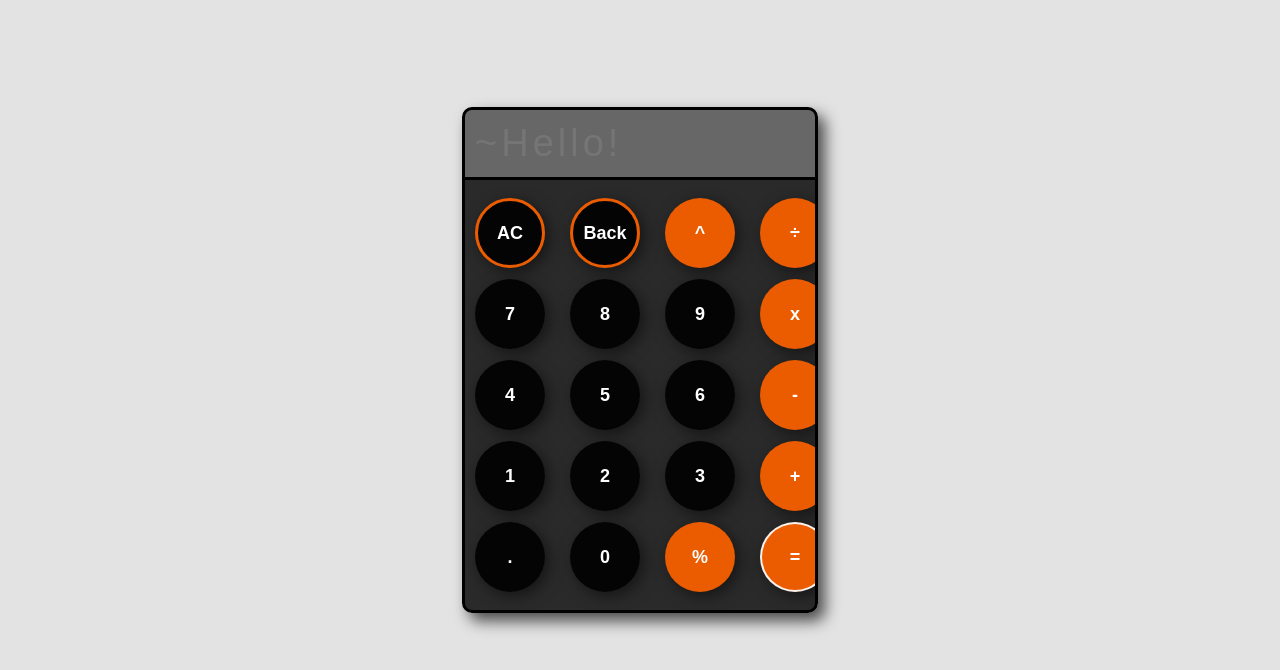
Repository: SakthivelDurai47/calculator
Page: index.html
An editor plug-in stored every save of this project. The page is shown before and after the next save, followed by the edit.
The browser window is 1280 px wide. The pictures show the whole page.

Above is the page before, as saved 2025-04-13 17:07:16.

### index.html
<!DOCTYPE html>
<html lang="en">
  <head>
    <meta charset="UTF-8" />
    <meta name="viewport" content="width=device-width, initial-scale=1.0" />
    <title>Calculator</title>
    <link rel="stylesheet" href="styles.css" />
    <meta name="author" content="Sakthivel Durai S" />
  </head>
  <body>
    <audio id="clickSound" src="tap.mp3" preload="auto"></audio>
    <div id="calculator">
      <input id="display" readonly placeholder="~Hello!" />
      <div id="buttons">
        <button onclick="clearDisplay()" class="control">AC</button>
        <button onclick="removeFromDisplay()" class="control">Back</button>
        <button onclick="addToDisplay('**')" class="operator">^</button>
        <button onclick="addToDisplay('/')" class="operator">÷</button>
        <button onclick="addToDisplay('7')">7</button>
        <button onclick="addToDisplay('8')">8</button>
        <button onclick="addToDisplay('9')">9</button>
        <button onclick="addToDisplay('*')" class="operator">x</button>
        <button onclick="addToDisplay('4')">4</button>
        <button onclick="addToDisplay('5')">5</button>
        <button onclick="addToDisplay('6')">6</button>
        <button onclick="addToDisplay('-')" class="operator">-</button>
        <button onclick="addToDisplay('1')">1</button>
        <button onclick="addToDisplay('2')">2</button>
        <button onclick="addToDisplay('3')">3</button>
        <button onclick="addToDisplay('+')" class="operator">+</button>
        <button onclick="addToDisplay('.')">.</button>
        <button onclick="addToDisplay('0')">0</button>
        <button onclick="addToDisplay('%')" class="operator">%</button>
        <button onclick="calculate()" class="operator result">=</button>
      </div>
    </div>
    <script src="index.js"></script>
  </body>
</html>

### styles.css
body {
  margin: 0;
  display: flex;
  justify-content: center;
  align-items: center;
  height: 100vh;
  background-color: rgb(227, 227, 227);
}
#buttons {
  display: grid;
  grid-template-columns: repeat(4, 1fr);
  gap: 5px;
  align-items: center;
  justify-items: center;
}
button {
  width: 70px;
  height: 70px;
  border-radius: 35px;
  border: none;
  background-color: rgba(0, 0, 0, 0.9);
  color: white;
  font-size: large;
  font-weight: bold;
  margin: 3px;
  margin-left: 10px;
  margin-right: 10px;
  box-shadow: 4px 4px 15px rgba(0, 0, 0, 0.5);
  cursor: pointer;
}
button:hover {
  background-color: rgba(255, 255, 255, 0.3);
}
button:active {
  background-color: rgba(255, 255, 255, 0.1);
}
.control {
  border: 3px solid #eb5b00;
}
.operator {
  background-color: #eb5b00;
}
.operator:hover {
  background-color: rgba(235, 91, 0, 0.3);
}
.operator:active {
  background-color: rgba(235, 91, 0, 0.1);
}
#calculator {
  width: 350px;
  height: auto;
  background-color: rgba(0, 0, 0, 0.817);
  border-radius: 10px;
  box-shadow: 7px 8px 15px rgba(0, 0, 0, 0.678);
  overflow: hidden;
  padding-bottom: 15px;
  border: 3px solid black;
}
#display {
  width: 100%;
  height: 70px;
  margin-bottom: 15px;
  border: none;
  background-color: rgba(137, 137, 137, 0.642);
  color: rgb(13, 13, 15);
  font-size: 38px;
  letter-spacing: 4px;
  padding: 10px;
  border-bottom: 3px solid black;
  box-sizing: border-box;
}

.result {
  border: 2px solid rgba(255, 255, 255, 0.92);
}

### index.js
const display = document.getElementById("display");
let preValue = [""];
let errors = false;

function addToDisplay(input) {
  playClickSound();
  if (!errors) {
    if (display.value === "0") {
      display.value = "";
    }
    display.value += input;
    preValue.push(display.value);
    display.scrollLeft = display.scrollWidth + 20;
  } else {
    display.value = "";
    preValue = [""];
    errors = false;
    addToDisplay(input);
  }
}

function clearDisplay() {
  playClickSound();
  display.value = "";
  preValue = [""];
  errors = false;
}

function removeFromDisplay() {
  playClickSound();
  if (preValue.length >= 1) {
    display.value = preValue[preValue.length - 1];
    preValue.pop();
  }
}

function calculate() {
  playClickSound();
  try {
    display.value = eval(display.value);
    if (display.value == Infinity) {
      throw new Error();
    }
  } catch (error) {
    display.value = "error";
    errors = true;
  }
}
function playClickSound() {
  const clickSound = document.getElementById("clickSound");
  clickSound.currentTime = 0;
  clickSound.play();
}

After the next save:
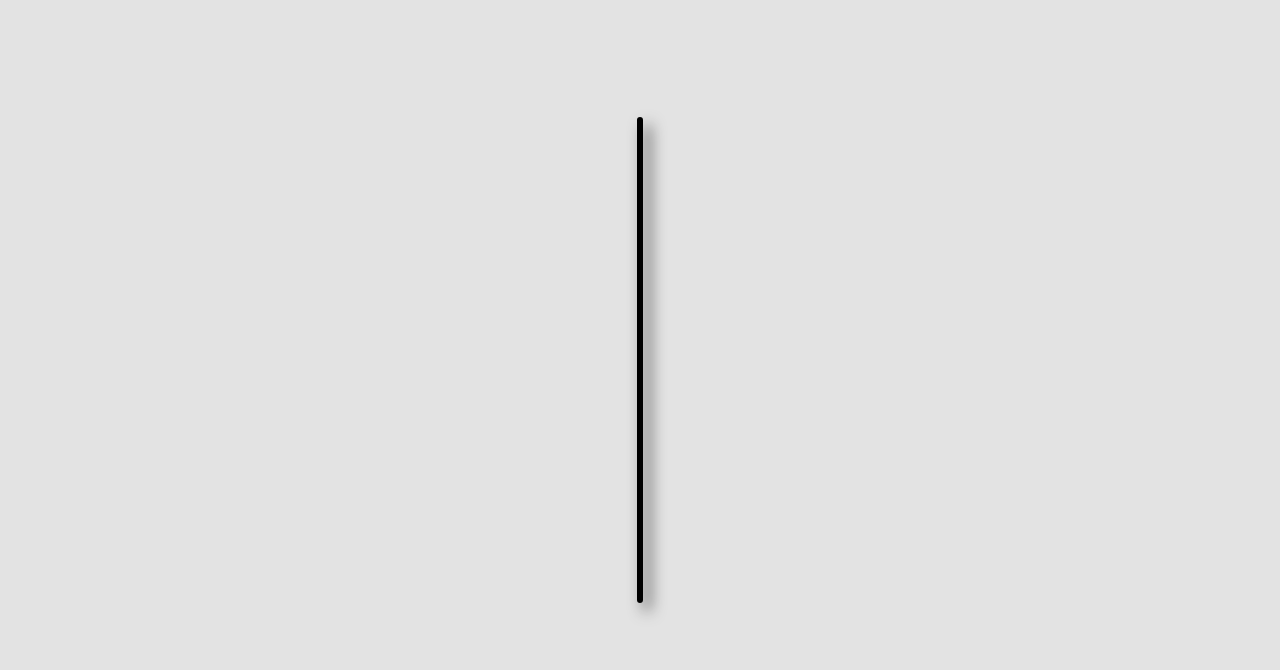
Saved 8 s later.
--- a/styles.css
+++ b/styles.css
@@ -9,7 +9,7 @@ body {
 #buttons {
   display: grid;
   grid-template-columns: repeat(4, 1fr);
-  gap: 5px;
+
   align-items: center;
   justify-items: center;
 }
@@ -47,7 +47,7 @@ button:active {
   background-color: rgba(235, 91, 0, 0.1);
 }
 #calculator {
-  width: 350px;
+  width: 0px;
   height: auto;
   background-color: rgba(0, 0, 0, 0.817);
   border-radius: 10px;
